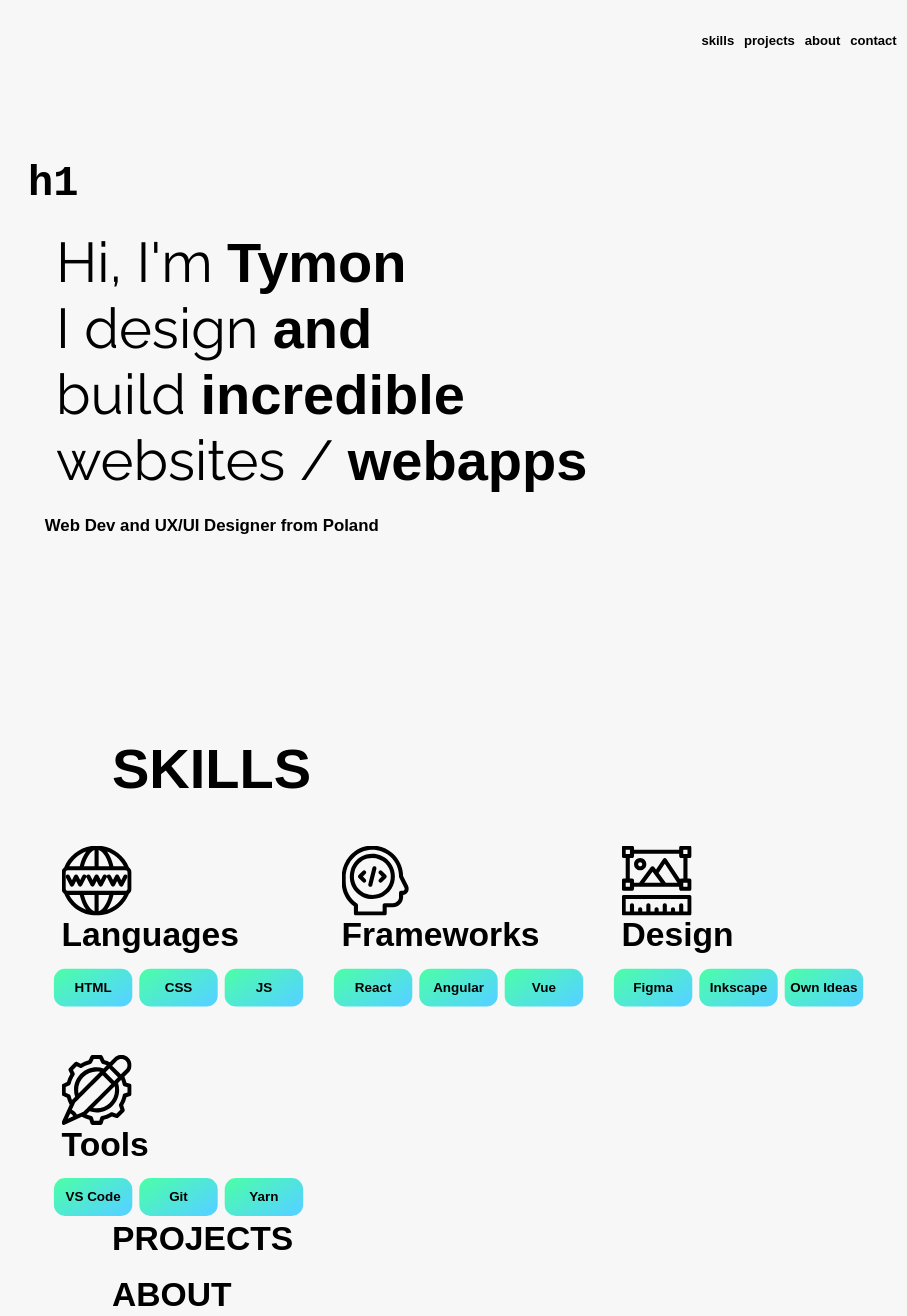
Repository: TeeJaysDev/Portfolio
Page: index.html
These files come from the project's save history. The page is drawn as it stood at one moment and after a run of saves; the edit follows.
The browser window is 1280 px wide. The page is 1296 px wide, so the pictures cover 1296 px, including what lies to the right of the window. The pictures show the part of the page from y = 0 to 1880 px (the page is 2987 px tall before and 3029 px after), at 70% of full size.

Above is the page before, as saved 2021-04-25 13:35:17.

### index.html
<!DOCTYPE html>
<html lang="en">
<head>
    <meta charset="UTF-8">
    <meta http-equiv="X-UA-Compatible" content="IE=edge">
    <meta name="viewport" content="width=device-width, initial-scale=1.0">
    <script type="text/javascript" src="script.js"></script>
    <link rel="stylesheet" href="style.css">
    <link href="https://fonts.googleapis.com/css2?family=Raleway&display=swap" rel="stylesheet">
    <link href="https://fonts.googleapis.com/css2?family=Quicksand:wght@700&display=swap" rel="stylesheet">
    <title>Tymon Jędryczka | Portfolio</title>
</head>
<body>
    <nav>
        <a href="#skills"><h3>skills</h3></a>
        <a href="#projects"><h3>projects</h3></a>
        <a href="#about"><h3>about</h3></a>
        <a href="#contact"><h3>contact</h3></a>
    </nav>
    <header>
        <h2 class="welcome_part_h1">h1</h2>
        <h1 class="welcome_part">
            Hi, I'm <strong>Tymon</strong><br>
            I design <strong>and</strong><br>
            build <strong>incredible</strong><br>
            websites / <strong>webapps</strong>
        </h1>
        <h2 class="welcome_part_h2">
            Web Dev and UX/UI Designer from Poland
        </h2>
    </header>
    <main>
        <h1>
            SKILLS
        </h1>
        <section id="skills">
                <div class="languages">
                    <div class="box">
                        <div class="imageh2">
                            <img src="Images/svg/languages.svg">
                            <h2>Languages</h2>
                        </div>
                        <div class="text">
                            <li>HTML</li>
                            <li>CSS</li>
                            <li>JS</li>
                        </div>
                    </div>
                </div>
                <div class="frameworks">
                    <div class="box">
                        <div class="imageh2">
                            <img src="Images/svg/frameworks.svg">
                            <h2>Frameworks</h2>
                        </div>
                        <div class="text">
                            <li>React</li>
                            <li>Angular</li>
                            <li>Vue</li>
                        </div>
                    </div>
                </div>
                <div class="design">
                    <div class="box">
                        <div class="imageh2">
                            <img src="Images/svg/design.svg">
                            <h2>Design</h2>
                        </div>
                        <div class="text">
                            <li>Figma</li>
                            <li>Inkscape</li>
                            <li>Own Ideas</li>
                        </div>
                    </div>
                </div>
                <div class="tools">
                    <div class="box">
                        <div class="imageh2">
                            <img src="Images/svg/tools.svg">
                            <h2>Tools</h2>
                        </div>
                        <div class="text">
                            <li>VS Code</li>
                            <li>Git</li>
                            <li>Yarn</li>
                        </div>
                    </div>
                </div>
        </section>
        <section id="projects">
            <h1>
                PROJECTS
            </h1>
        </section>
        <section id="about">
            <h1>
                ABOUT
            </h1>
            <h2>
                Who am I?
            </h2>
            <p>
                My name is Tymon 'TeeJay' Jędryczka. I come from Leszno in Poland and programming is either my work and hobby.
                <br><br>
                My first contact with Web- and Front-End Development was in the last class of Primary School. In IT classes we had to make a simple website (text, photos, table - nothing special). And I loved it. I started thinking of becoming a full-time web dev.
                <!-- <br><br> I am also a self-taught dev and with CodeCademy and YouTube I get knowledge of HTML5, CSS3, JS, and its frameworks (React, Angular, Vue). I call myself a 2-in-1 developer 'cause I design things (usually in Figma) and then make them real by writing some code. -->
                <br><br>
                So if you are looking for somebody to hire who is punctual, reliable, has a great deal of knowledge and even though, still want to learn new, useful technologies, my answer is "HERE I AM".
            </p>
        </section>
        <section id="contact">
            <h1>
                CONTACT
            </h1>
        </section>
    </main>
    <footer>
        <h4>2021 &copy; Tymon 'TeeJay' Jędryczka</h4>
        <li><a href="https://facebook.com/tymonjedr/" target="_blank"><img src="Images/svg/facebook.svg" alt="Facebook LOGO"></a></li>
        <li><a href="https://linkedin.com/in/tymon-jedryczka/" target="_blank"><img src="Images/svg/linkedin.svg" alt="LinkedIn LOGO"></a></li>
        <li><a href="https://github.com/TeeJaysDev" target="_blank"><img src="Images/svg/github.svg" alt="GitHub LOGO"></a></li>
        <li><a href="https://stackoverflow.com/users/15029595/teejaysdev" target="_blank"><img src="Images/svg/stack.svg" alt="Stack LOGO"></a></li>
        <li><a href="https://codecademy.com/profiles/TeeJaysDev" target=”_blank”><img src="Images/svg/codecademy.svg" alt="CodeCademy LOGO"></a></li>
    </footer>
</body>
</html>

### style.css
* {
    margin: 0;
    padding: 0;
    font-family: sans-serif;
    text-decoration: none;
}

body {
    background-color: #F7F7F7;
}

nav {
    display: flex;
    justify-content: flex-end;
    margin-right: 0rem;
    margin-top: 0rem;
}

nav a {
    color: #000000;
    padding: 0.938rem;
    margin-top: 2rem;
    margin-right: 3.125rem;
    font-size: 1.563rem;
}

.welcome_part_h1 {
    font-family: monospace;
    font-size: 3.75rem;
    margin-top: 9rem;
    margin-left: 2.5rem;
    margin-bottom: 0rem;
}

.welcome_part {
    margin-top: 2rem;
    margin-left: 5rem;
    margin-bottom: 2rem;
    font-family: Raleway;
    font-weight: lighter;
    font-size: 5rem;
    min-width: 18ch;
}

.welcome_part_h2 {
    margin-bottom: 18rem;
    margin-left: 4rem;
}

.box .imageh2 {

    justify-items: center;
}

#skills {
    display: grid;
    align-items: flex-end;
    grid-template-columns: repeat(auto-fit, 400px);
    margin-left: 4.5rem;
}

h1 {
    font-size: 5rem;
    margin-left: 10rem;
}

.imageh2 {
    display: flex;
    flex-wrap: wrap;
    align-items: flex-start;
    margin: 4rem 20rem 1rem 1rem;
    font-size: 2rem;
}

.text {
    display: flex;
    flex-wrap: wrap;
}

.text li {
    list-style: none;
    margin: 1rem;
    color: #000000;
    font-weight: bold;
    font-size: 1.2rem;
    text-align: center;
    align-items: center;
    border-radius: 1rem;
    margin: 0.3125rem 0.3125rem;
    width: 7rem;
    background-image: linear-gradient(147deg,#4bffa5,#54d4ff 90%);
    padding-top: 1rem;
    padding-bottom: 1rem;
}

#about p {
    font-size: 1.25rem;
    max-width: 60ch;
    margin-left: 8rem;
    margin-bottom: 5rem;
    margin-top: 2rem;
}

#about h2 {
    margin-left: 5rem;
    margin-top: 3rem;
}

footer, footer h4 {
    color: #C5C4C6;
    background-color: #232429;
    font-family: Arial, Helvetica, sans-serif;
    font-size: 0.938rem;
    font-weight: lighter;
    text-align: center;
    z-index: -1;
    padding-top: 1.875rem;
    padding-bottom: 3.125rem;
}

footer li{
    margin: 0 1.25;
    display: inline;
}

body .error {
    text-align: center;
}

.error p {
    font-family: Quicksand;
    font-weight: 700;
    color: #000000;
    font-size: 20rem;
    margin-top: 5rem;
}

.error button a {
    text-decoration: none;
    text-align: center;
    color: #000000;
    font-size: 2rem;
    padding: 3rem;
}

.error .mainError {
    display: flex;
    text-align: center;
    margin-left: 40rem;
    margin-right: auto;
}

.error img {
    width: 250px;
}

.error button {
    margin-top: 10rem;
}
/* Smartphone (portrait) --- */

@media only screen
and (min-width: 320px) {

    nav a {
        padding: 0.938rem;
        margin-top: 2rem;
        margin-right: -1rem;
        font-size: 1rem;
    }

     main .welcome_part_h1 {
        font-family: monospace;
        font-size: 6rem;
        margin-top: 9rem;
        margin-left: 1rem;
    }

    main .welcome_part {
        margin-top: 1rem;
        margin-left: 2rem;
        margin-bottom: 2rem;
        font-size: 8rem;
        min-width: 18ch;
    }

    main .welcome_part_h2 {
        margin-bottom: 10rem;
        margin-left: 2rem;
        font-size: 1rem;
    }

    section h1 {
        font-size: 3rem;
        margin-bottom: 1.563rem;
    }

    #about p {
        font-size: 1.25rem;
        max-width: 22ch;
        margin-left: 2rem;
        margin-bottom: 5rem;
    }

    #about h2 {
        margin-left: 2rem;
        margin-top: 5rem;
    }

    footer, footer h4 {
        padding-top: 1.875rem;
        padding-bottom: 3.125rem;
        width: 100%;
    }

    footer li{
        margin: 0 1.25;
        display: inline;
    }
}



@media only screen
and (min-width: 768px)
and (max-width: 1024px)
and (orientation: portrait) {

    * {
        margin: 0;
        padding: 0;
        font-family: sans-serif;
        text-decoration: none;
    }

    body {
        background-color: #F7F7F7;
    }

    nav {
        display: flex;
        justify-content: flex-end;
        margin-right: 0rem;
        margin-top: 0rem;
    }

    nav a {
        color: #000000;
        padding: 0.938rem;
        margin-top: 2rem;
        margin-right: 3.125rem;
        font-size: 1.563rem;
    }

     main .welcome_part_h1 {
        font-family: monospace;
        font-size: 3.75rem;
        margin-top: 13rem;
        margin-left: 2.5rem;
        margin-bottom: 0rem;
    }

    main .welcome_part {
        margin-top: 2rem;
        margin-left: 5rem;
        margin-bottom: 2rem;
        font-family: Raleway;
        font-weight: lighter;
        font-size: 3.9rem;
        min-width: 18ch;
    }

    main .welcome_part_h2 {
        margin-bottom: 20rem;
        margin-left: 4rem;
    }

    #about p {
        font-size: 1.25rem;
        max-width: 45ch;
        margin-left: 8rem;
        margin-bottom: 5rem;
    }

    #about h2 {
        margin-left: 5rem;
        margin-top: 5rem;
    }

    #projects h1 {
        width: 15%;
        margin-top: 3rem;
    }

    #about h1 {
        width: 15%;
    }

    #contact h1 {
        width: 17%;
    }

    footer, footer h4 {
        color: #C5C4C6;
        background-color: #232429;
        font-family: Arial, Helvetica, sans-serif;
        font-size: 0.938rem;
        font-weight: lighter;
        text-align: center;
        z-index: -1;
        width: 100%;
        padding-top: 1.875rem;
        padding-bottom: 3.125rem;
    }

    body .error {
        text-align: center;
    }

    .error p {
        font-family: Quicksand;
        font-weight: 700;
        color: #000000;
        font-size: 20rem;
        margin-top: 5rem;
    }

    .error button a {
        text-decoration: none;
        text-align: center;
        color: #000000;
        font-size: 2rem;
        padding: 3rem;
    }

    .error .mainError {
        display: flex;
        text-align: center;
        margin-left: 40rem;
        margin-right: auto;
    }

    .error img {
        width: 250px;
    }

    .error button {
        margin-top: 10rem;
    }
}

@media only screen
and (min-width: 953)
and (max-width: 1230) {
     p {
        margin-left: 1rem;
    }
}

@media only screen
and (min-width: 550px)
and (max-width: 700px) {
    main .welcome_part_h1 {
        font-family: monospace;
        font-size: 3.75rem;
        margin-top: 13rem;
        margin-left: 2.5rem;
        margin-bottom: 0rem;
    }

    main .welcome_part {
        margin-top: 2rem;
        margin-left: 5rem;
        margin-bottom: 2rem;
        font-size: 2.6rem;
    }

    main .welcome_part_h2 {
        margin-bottom: 20rem;
        margin-left: 4rem;
    }
}

@media only screen
and (min-width: 1920px) {
    main .welcome_part_h1 {
        font-family: monospace;
        font-size: 3.75rem;
        margin-top: 13rem;
        margin-left: 2.5rem;
        margin-bottom: 0rem;
    }

    main .welcome_part {
        margin-top: 2rem;
        margin-left: 5rem;
        margin-bottom: 2rem;
        font-size: 5rem;
    }

    main .welcome_part_h2 {
        margin-bottom: 20rem;
        margin-left: 4rem;
        font-size: 2.5rem;
    }
}

Loaded but not shown: script.js (no stored copy; drawn as an empty file)

After the next 3 saves:
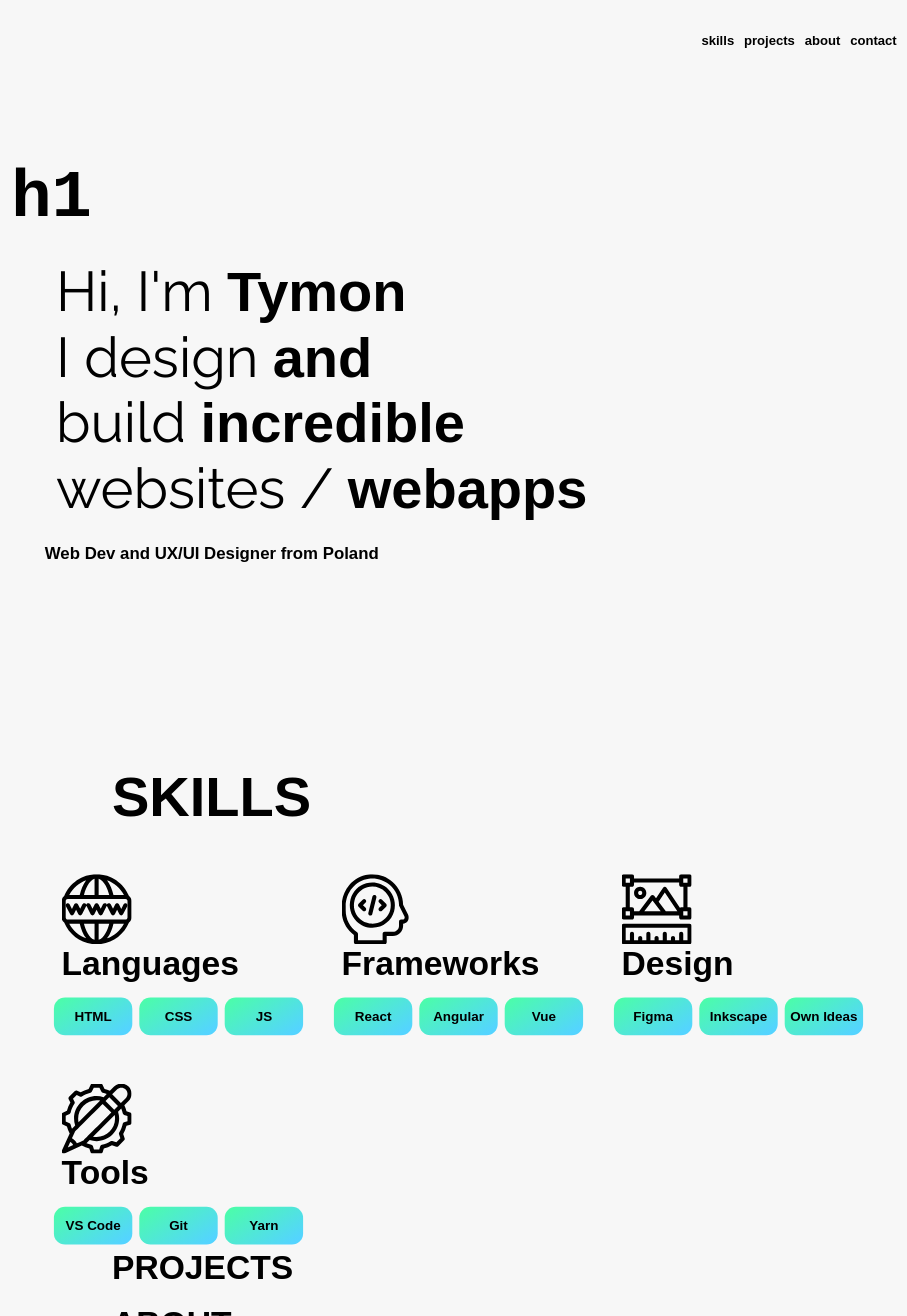
The 3 saves are shown as one change because they came seconds apart.
The last was saved 20 s later.
--- a/style.css
+++ b/style.css
@@ -169,7 +169,7 @@ and (min-width: 320px) {
         font-size: 1rem;
     }
 
-     main .welcome_part_h1 {
+    .welcome_part_h1 {
         font-family: monospace;
         font-size: 6rem;
         margin-top: 9rem;
